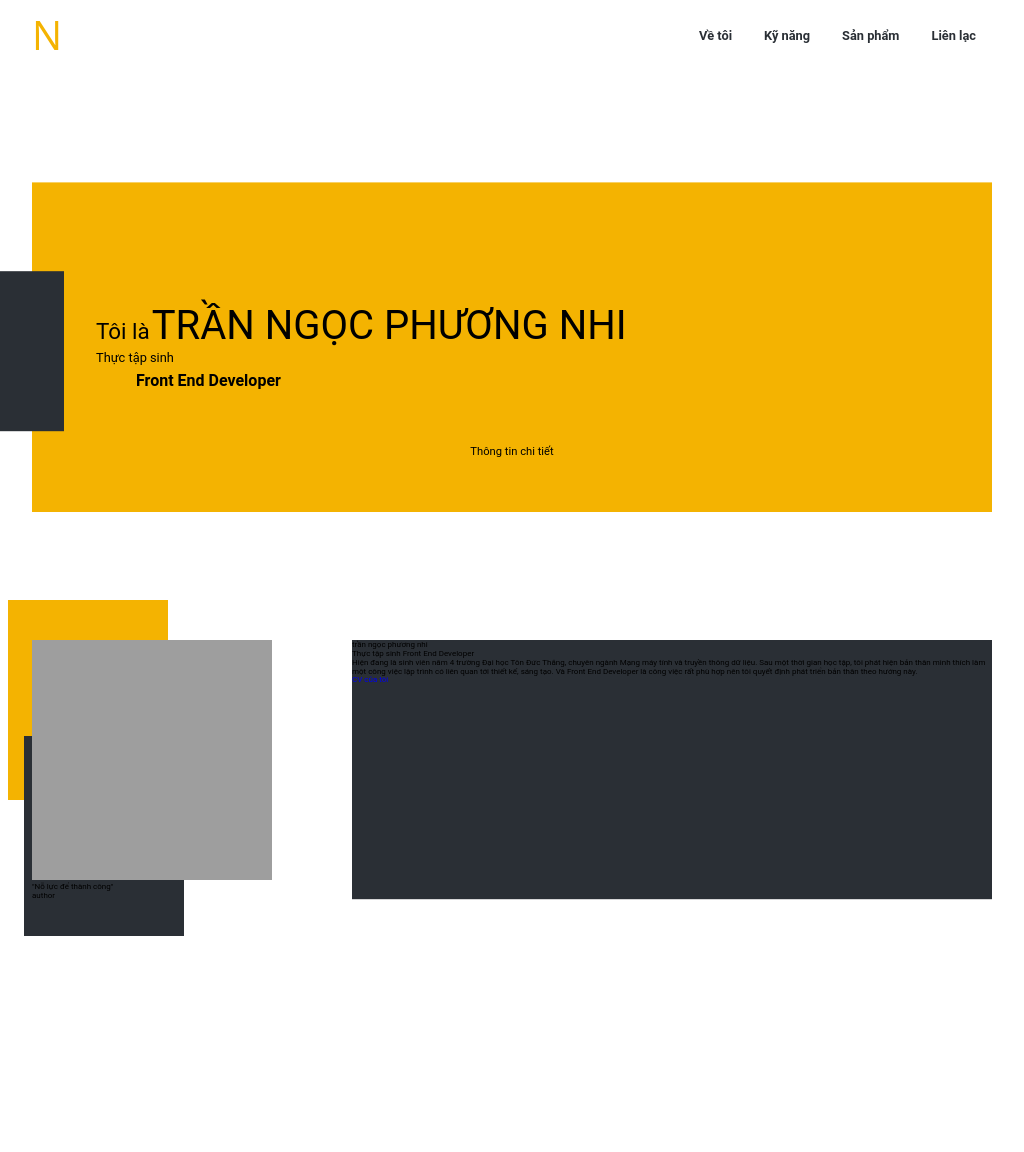
Repository: TranNgocPhuongNhi/my-portfolio
Page: index.html
An editor plug-in stored every save of this project. The page is shown before and after the next save, followed by the edit.
The browser window is 1280 px wide. The pictures show the whole page, at 80% of full size.
Pictures or frames that could not be fetched are drawn as grey boxes. Some icons come from a web library that is not loaded, so they are not drawn. Some web libraries are served in a nearby version.

Above is the page before, as saved 2021-07-04 16:07:05.

### index.html
<!DOCTYPE html>
<html lang="en">
<head>
    <meta charset="UTF-8">
    <meta http-equiv="X-UA-Compatible" content="IE=edge">
    <meta name="viewport" content="width=device-width, initial-scale=1.0">
    <title>My Portfolio</title>
    <link rel="stylesheet" href="https://pro.fontawesome.com/releases/v5.10.0/css/all.css" integrity="sha384-AYmEC3Yw5cVb3ZcuHtOA93w35dYTsvhLPVnYs9eStHfGJvOvKxVfELGroGkvsg+p" crossorigin="anonymous"/>
    <link rel="stylesheet" href="resources/css/main.css">
    <link rel="stylesheet" href="resources/css/responsive.css">
    <link rel="shortcut icon" href="favicon.ico">
</head>
<body>
    <header id="header">
        <nav class="header__nav">
            <div class="container">
                <div class="header__nav-content">
                    <!-- <img src="" alt="logo"> -->
                    <a href="#index.html" class="header__nav-logo">N</a>
                    <ul class="header__nav-list">
                        <li class="nav-item"><a href="#about">Về tôi</a></li>
                        <li class="nav-item"><a href="#skills">Kỹ năng</a></li>
                        <li class="nav-item"><a href="#products">Sản phẩm</a></li>
                        <li class="nav-item"><a href="#contact">Liên lạc</a></li>
                    </ul>
                </div>
            </div>
        </nav>
        <div class="container">
            <div class="header__info">
                <div class="header__info-content">
                    <div class="header__info-name">
                        <span>Tôi là</span>
                        <span class="header__info-fullname">trần ngọc phương nhi</span>
                    </div>
                    <div class="header__info-specialize">
                        <p>Thực tập sinh</p>
                        <p>Front End Developer</p>
                    </div>
                </div>
                <div class="header__info-more">
                    <p>Thông tin chi tiết</p>
                    <div class="header__info-down">
                        <a href="#about">
                            <i class="fal fa-chevron-double-down"></i>
                        </a>
                    </div>
                </div>
            </div>
        </div>

    </header>

    <!-- About me -->
    <section id="about">
        <div class="container">
            <div class="row">
                <div class="col-1-3 about__avatar">
                    <img src="https://media-cdn.laodong.vn/Storage/NewsPortal/2021/2/13/880159/Vuong-Bat-Bac-9.png" alt="my avatar" />
                    <div class="about__quote">
                        <p>"Nỗ lực để thành công"</p>
                        <p>author</p>
                    </div>
                </div>
                <div class="col-3-1 about__content">
                    <div class="about__info">
                        <p>trần ngọc phương nhi</p>
                        <p>Thực tập sinh Front End Developer</p>
                    </div>
                    <p class="about__text">
                        Hiện đang là sinh viên năm 4 trường Đại học  Tôn Đức Thắng,
                        chuyên ngành Mạng máy tính và truyền thông dữ liệu. Sau một
                        thời gian học tập, tôi phát hiện bản thân mình thích làm một
                        công việc lập trình có liên quan tới thiết kế, sáng tạo. Và Front
                        End Developer là công việc rất phù hợp nên tôi quyết định phát
                        triển bản thân theo hướng này.
                    </p>
                    <a href="#" class="about__CV">CV của tôi</a>
                </div>
            </div>
        </div>
    </section>

</body>
</html>

### resources/css/main.css
:root {
    --primary1: #F4B301;
    --primary2: #2A2F35;
    --secondary: #F7F7F7;
    --white: #fff;
    --footer: #3B4046;
}

html {
    font-size: 62.5%;
    font-family: "Roboto", "Helvetica Neue", sans-serif;
    scroll-behavior: smooth;
}

* {
    padding: 0;
    margin: 0;
    box-sizing: border-box;
}

ul, li {
    list-style: none;
}

a {
    text-decoration: none;
}

.container {
    width: 120rem;
    max-width: 100%;
    margin: 0 auto;
}

.row {
    display: flex;
    position: relative;
}

.col-1-3 {
    width: calc(100% / 3);
}

.col-3-1 {
    width: calc(100% * 2 / 3);
}

/* ========================================= HEADER ============================= */
#header {
    height: 100vh;
    position: relative;
}

/* Scroll nav */
.nav-scroll {
    background-color: var(--white);
    box-shadow: 0 0.3rem 1.5rem rgba(0, 0, 0, 0.2);
}

.header__nav {
    padding: 1rem 0;
}

.header__nav-content {
    display: flex;
    justify-content: space-between;
    align-items: center;
}

.header__nav-logo {
    font-size: 5rem;
    font-family: 'Open Sans';
    color: var(--primary1);
}

.header__nav-list {
    display: flex;
}

.nav-item {
    padding: 0 2rem;
}

.nav-item a{
    font-size: 1.6rem;
    font-weight: 600;
    color: var(--primary2);
}

.nav-item a:hover {
    border-bottom: 0.3rem solid var(--primary1);
    animation: toRight 0.4s ease;
}

.header__info {
    background-color: var(--primary1);
    padding: 15rem 8rem;
    position: relative;
    top: 14rem;
}

.header__info::before {
    content: '';
    display: block;
    width: 8rem;
    height: 20rem;
    background-color: var(--primary2);
    position: absolute;
    top: 27%;
    left: -4rem;
}

.header__info-name span:first-child{
    font-size: 2.8rem;
}

.header__info-fullname {
    font-size: 5rem;
    text-transform: uppercase;
}

.header__info-specialize {
    line-height: 1.5;
}

.header__info-specialize p:first-child {
    font-size: 1.6rem;
}

.header__info-specialize p:last-child {
    font-size: 2rem;
    font-weight: bold;
    margin-left: 5rem;
}

.header__info-more {
    text-align: center;
    font-size: 1.4rem;
    line-height: 2;
    position: absolute;
    top: 85%;
    left: 50%;
    transform: translate(-50%, -50%);
}

.header__info-down:hover {
    width: 5rem;
    height: 5rem;
    line-height: 3.5;
    border-radius: 50%;
    border: 2px solid var(--white);
    margin: 0 auto;
    cursor: pointer;
}

.fa-chevron-double-down {
    color: var(--white);
}

/* =========================================== ABOUT ME ====================================== */
#about {
    height: 100vh;
}

.about__avatar,
.about__content {
    margin: 8rem 0;
}

.about__avatar img {
    width: 30rem;
    height: 30rem;
}

.about__avatar::before {
    content: '';
    display: block;
    width: 20rem;
    height: 25rem;
    background-color: var(--primary1);
    position: absolute;
    top: 3rem;
    left: -3rem;
    z-index: -1;
}

.about__avatar::after {
    content: '';
    display: block;
    width: 20rem;
    height: 25rem;
    background-color: var(--primary2);
    position: absolute;
    top: 20rem;
    left: -1rem;
    z-index: -1;
}

.about__content {
    background-color: var(--primary2);
}

/* =========================================== MY SKILLS ====================================== */



/* =========================================== MY PRODUCTS ====================================== */



/* =========================================== CONTACT ME ====================================== */



/* =========================================== ANIMATION ====================================== */
@keyframes toRight {
    0% {
        /* opacity: 0; */
        transform: translateX(-100%);
    }
    100% {
        /* opacity: 1; */
        transform: translateX(0%);
    }
}

### resources/css/responsive.css

/* Large devices (desktops, less than 1200px) */
@media (max-width: 1199.98px) {

}

/* Medium devices (tablets, less than 992px) */
@media (max-width: 991.98px) {

}

/* Small devices (landscape phones, less than 768px) */
@media (max-width: 767.98px) {

}

/* Extra small devices (portrait phones, less than 576px) */
@media (max-width: 575.98px) {

}

After the next save:
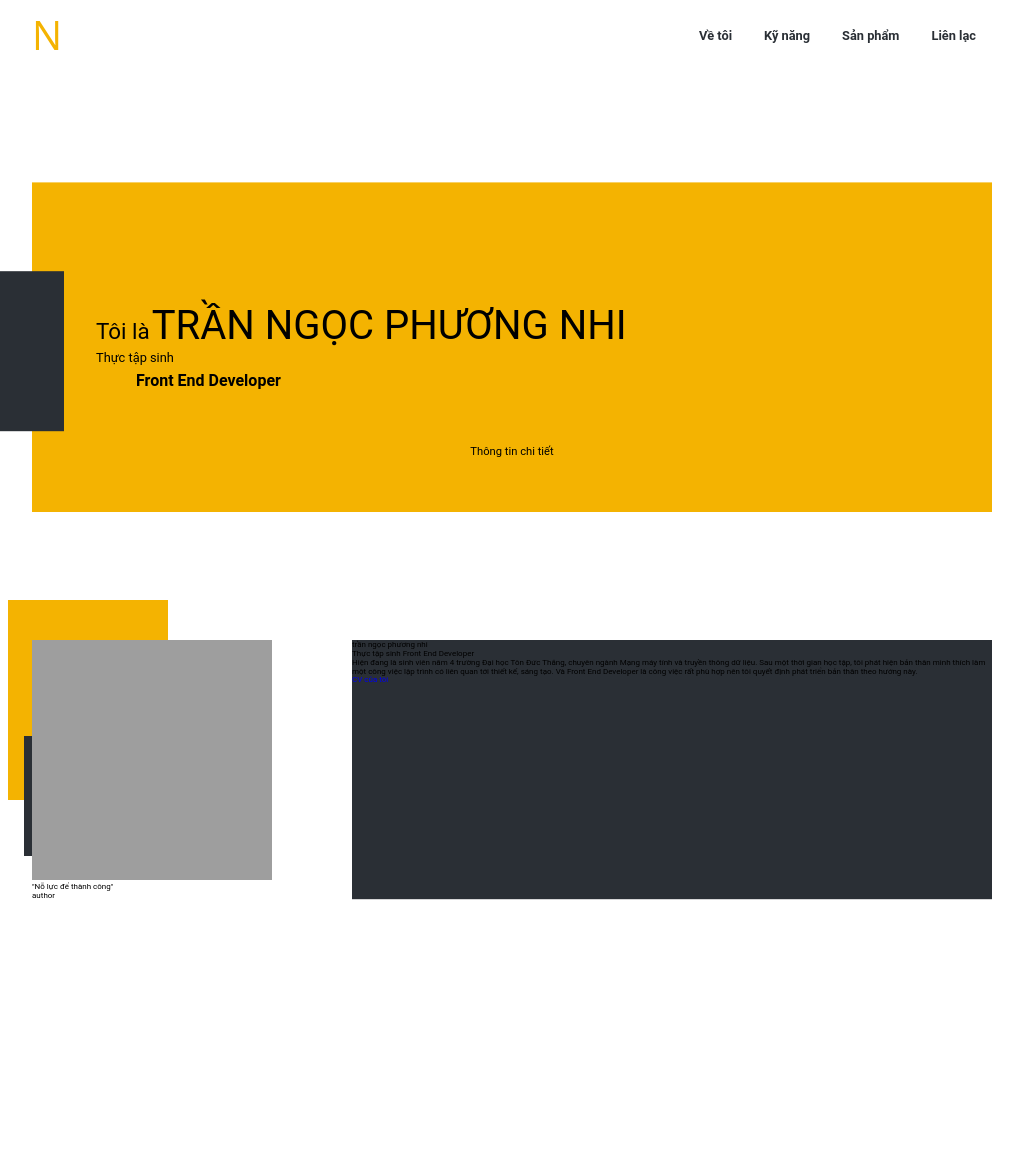
Saved 12 s later.
--- a/resources/css/main.css
+++ b/resources/css/main.css
@@ -187,8 +187,8 @@ a {
 .about__avatar::after {
     content: '';
     display: block;
-    width: 20rem;
-    height: 25rem;
+    width: 15rem;
+    height: 15rem;
     background-color: var(--primary2);
     position: absolute;
     top: 20rem;
